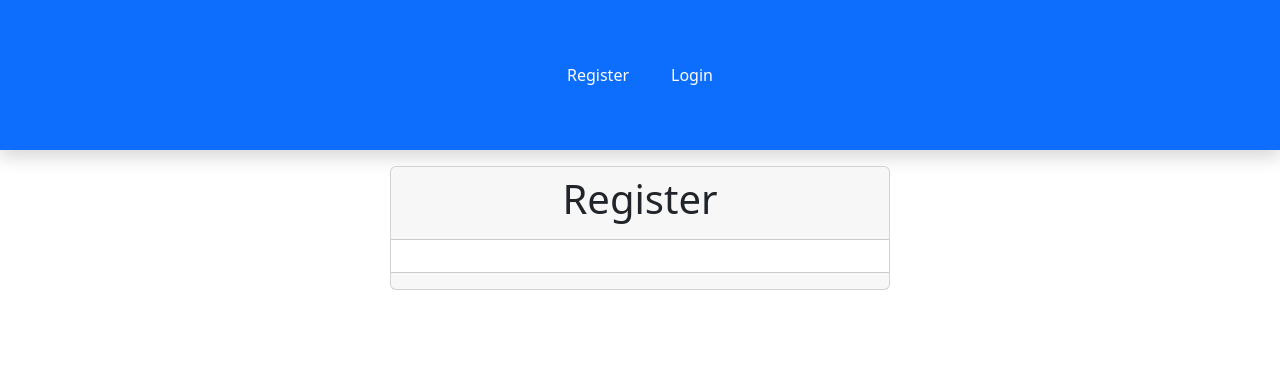
Repository: loveleii/firebase-login-logout
Page: /
An editor plug-in stored every save of this project. The page is shown before and after a run of saves, followed by the edit.
The browser window is 1280 px wide. The pictures show the whole page.
The project was rebuilt for these pictures with package versions that can differ from the ones it lists, and the page was loaded fresh each time. Also part of the build but not shown: vite.config.ts, src/views/loginView.vue, src/assets/main.css.

Above is the page before, as saved 2023-03-04 19:32:14.

### src/main.js
import { createApp } from 'vue'
import { createPinia } from 'pinia'

import App from './App.vue'
import router from './router'
import "bootstrap/dist/css/bootstrap.min.css"
import bootstrap from "bootstrap/dist/js/bootstrap.bundle.js"

import './assets/main.css'

const app = createApp(App)

app.use(createPinia())
app.use(router)

app.mount('#app')

### src/App.vue
<script setup lang="ts">
import { RouterLink, RouterView } from 'vue-router'

</script>

<template>
  <div>
        <header class="bg-primary p-5 shadow">
            <div class="container_header">
                <div class="d-flex">
                    <RouterLink to="/" style="text-decoration: none;"><text class="text-white m-2 btn btn-primary">Register</text></RouterLink>
                    <RouterLink to="/login" style="text-decoration: none;"><text class="text-white m-2 btn btn-primary">Login</text></RouterLink>
                </div>
            </div>
        </header>
    </div>
    <div class="center_container m-3 rounded text-center">
      <RouterView />
    </div>

</template>

<style>
.container_header{
  display: grid;
  place-content: center;
}
.center_container{
  display: grid;
  place-content: center;
}

</style>

### src/router/index.js
import { createRouter, createWebHistory } from 'vue-router'
import registerView from '../views/registerView.vue'
import loginView from '../views/loginView.vue'

const router = createRouter({
  history: createWebHistory(import.meta.env.BASE_URL),
  routes: [
    {
      path: '/',
      name: 'reg',
      component: registerView
    },
    {
      path: '/login',
      name: 'log',
      component: loginView
    },

  ]
})

export default router

### src/views/registerView.vue
<template>
    <div class="card">
        <div class="card-header">
            <h1>Register</h1>
        </div>
        <div class="card-body">

        </div>
        <div class="card-footer">

        </div>
    </div>
</template>

<script>


</script>
<style>
.card{
    width: 500px;
}
</style>

Loaded but not shown: index.html (common file)

After the next 3 saves:
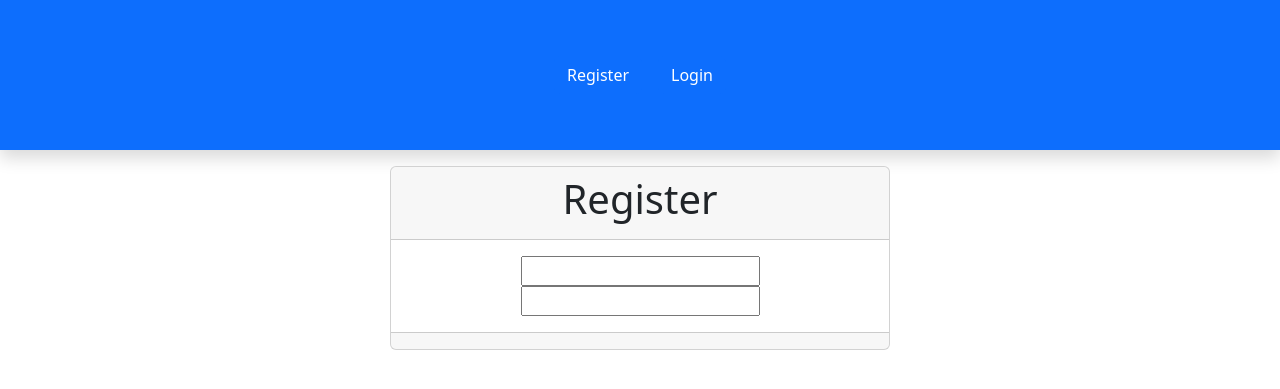
The 3 saves are shown as one change because they came seconds apart.
The last was saved 8 s later.
--- a/src/views/registerView.vue
+++ b/src/views/registerView.vue
@@ -4,6 +4,8 @@
             <h1>Register</h1>
         </div>
         <div class="card-body">
+            <input type="text" name="" id="">
+            <input type="text" name="" id="">
 
         </div>
         <div class="card-footer">
